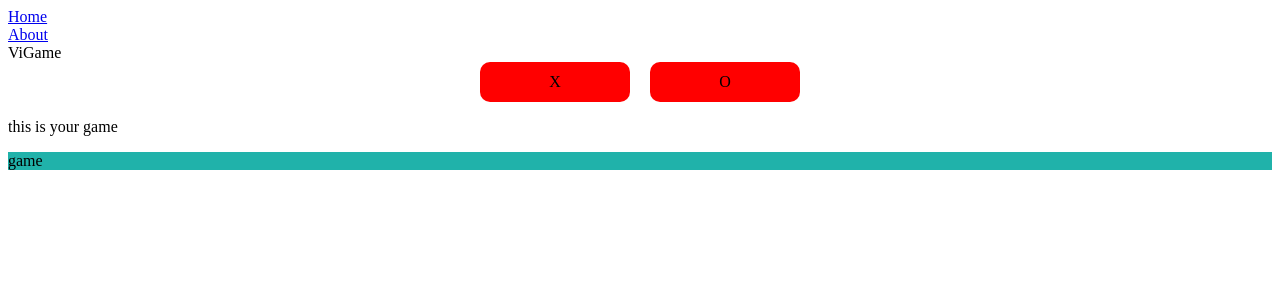
Repository: vahid242/viGame
Page: http://localhost/tic-tac-toe
The author's editor kept a record of every edit. The page is drawn from the files as they stood at one moment, then again after the next edit.
The browser window is 1280 px wide. The pictures show the whole page.
The page is served by the project's Node server (v1/app.js).

Above is the page before.

### v1/views/tic.ejs
<!DOCTYPE html>
<html>
    <head>
        <title>Page Title</title>
        <link rel="stylesheet" href="/tic.css">
    </head>
    <body>
        <div class="container">
                <div class="nav-wrapper">
        <div class="left-side">
            <div class="nav-link-wrapper">
                <a href="/">Home</a>
            </div>

            <div class="nav-link-wrapper">
                <a href="/">About</a>
            </div>
        </div>

        <div class="right-side">
            <div class="brand">
                <div>ViGame</div>
            </div>
        </div>
    </div>

            <div class="upside">
                <div class="choose">
                    <div id="xChose">X</div>
                    <div id="oChose">O</div>
                </div>
                <div id="userChose">
                    <p>this is your game</p>
                </div>
            </div>

            <div class="downside">
                <div>game</div>
            </div>
        </div>
    </body>
</html>

### v1/app.js
var express = require("express");
var app = express();

app.set("view engine", "ejs");
app.use(express.static("public"));

app.get("/", function(req, res){
    res.render("home");
});

app.get("/tic-tac-toe", function(req, res){
    res.render("tic");
});

app.listen(process.env.PORT, process.env.IP, function(){
    console.log("The server has started");
});

### v1/public/tic.css
/*body{*/

/*}*/

.choose{
    display: flex;
    justify-content: center;
    text-align: center;
    line-height:40px;
}

#xChose{
    background-color: red;
    width: 150px;
    height: 40px;
    border-radius: 10px;
    margin: 0 10px;
}
#oChose{
    background-color: red;
    width: 150px;
    height: 40px;
    border-radius: 10px;
    margin: 0 10px;
}
.downside{
    background-color:#20B2AA;
    margin-bottom: 0;
}

After the next edit:
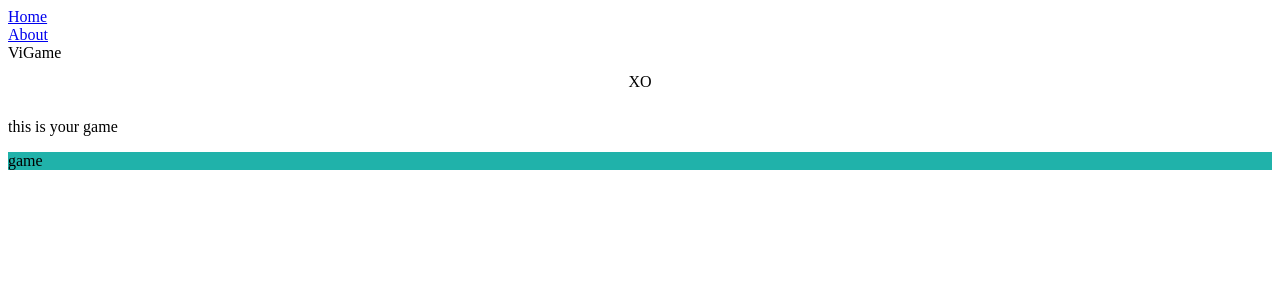
The edit:
--- a/v1/views/tic.ejs
+++ b/v1/views/tic.ejs
@@ -26,8 +26,8 @@
 
             <div class="upside">
                 <div class="choose">
-                    <div id="xChose">X</div>
-                    <div id="oChose">O</div>
+                    <div class="chooseBox">X</div>
+                    <div class="chooseBox">O</div>
                 </div>
                 <div id="userChose">
                     <p>this is your game</p>
